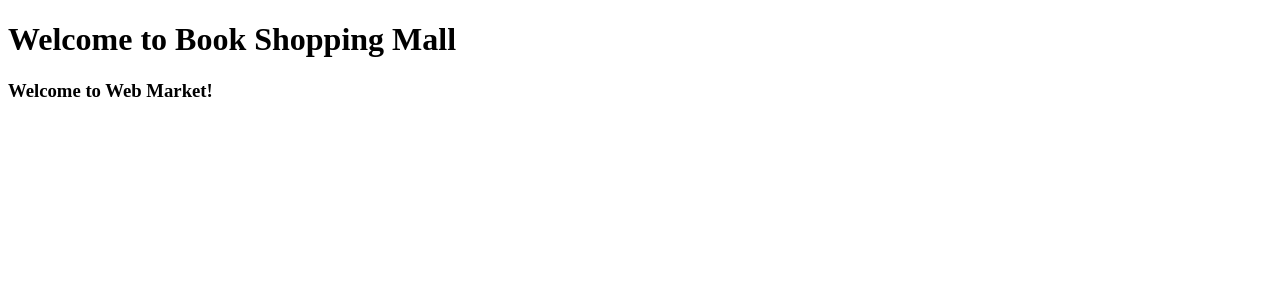
Repository: sanghyunlee7680/JSP-practice
Page: http://localhost/bookmarket/
These files come from the project's save history. The page is drawn as it stood at one moment and after the next save; the edit follows.
The browser window is 1280 px wide. The pictures show the whole page.
The page is served by Tomcat 10. Other server files are loaded and not shown.

Above is the page before, as saved 2024-10-08 02:12:02.

### bookmarket/src/main/webapp/welcome.jsp
<%@ page language="java" contentType="text/html; charset=UTF-8"
    pageEncoding="UTF-8"%>
<!DOCTYPE html>
<html>
<head>
<meta charset="UTF-8">
<title>Insert title here</title>
</head>
<body>
	<h1>Welcome to Book Shopping Mall</h1>
	<h3>Welcome to Web Market!</h3>

</body>
</html>

After the next save:
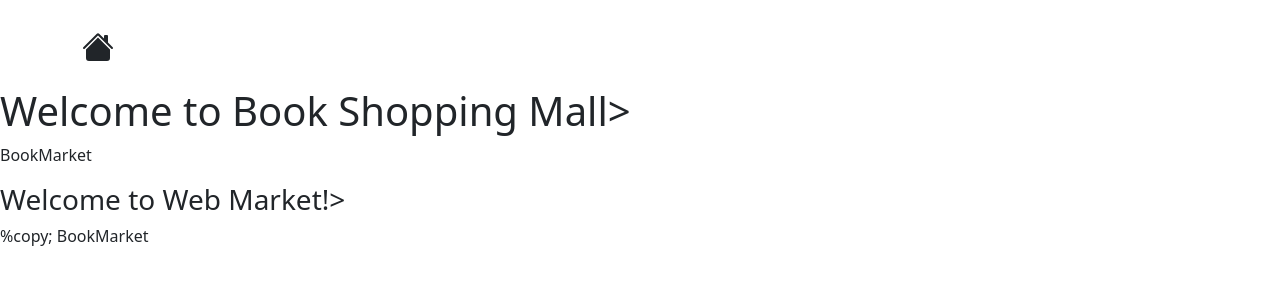
Saved 16 min 49 s later.
--- a/bookmarket/src/main/webapp/welcome.jsp
+++ b/bookmarket/src/main/webapp/welcome.jsp
@@ -5,10 +5,38 @@
 <head>
 <meta charset="UTF-8">
 <title>Insert title here</title>
+<link href="https://cdn.jsdelivr.net/npm/bootstrap@5.3.0-alpha1/dist/css/bootstrap.min.css" rel="stylesheet">
 </head>
 <body>
-	<h1>Welcome to Book Shopping Mall</h1>
-	<h3>Welcome to Web Market!</h3>
+	<div>
+		<header class="container py-4">
+			<a>
+				<svg  width="32" height="32" fill="currentColor" class="bi bi-house-fill" viewBox="0 0 16 16">
+            		<path d="M8.707 1.5a1 1 0 0 0-1.414 0L.646 8.146a.5.5 0 0 0 .708.708L8 2.207l6.646 6.647a.5.5 0 0 0 .708-.708L13 5.793V2.5a.5.5 0 0 0-.5-.5h-1a.5.5 0 0 0-.5.5v1.293L8.707 1.5Z"/>
+            		<path d="m8 3.293 6 6V13.5a1.5 1.5 0 0 1-1.5 1.5h-9A1.5 1.5 0 0 1 2 13.5V9.293l6-6Z"/>
+        		</svg>
+        		<span class="fs-4")Home</span>
+			</a>
+		</header>
+		<%!
+		String greeting = "Welcome to Book Shopping Mall";
+		String tagline = "Welcome to Web Market!";
+		%>
+		<div>
+			<h1><%=greeting  %>></h1>
+			<p>BookMarket</p>
+		</div>
+		<div>
+			<div>
+				<div>
+					<h3><%=tagline  %>></h3>
+				</div>
+			</div>
+		</div>
+		<footer>
+			%copy; BookMarket
+		</footer>
+	</div>
 
 </body>
 </html>
